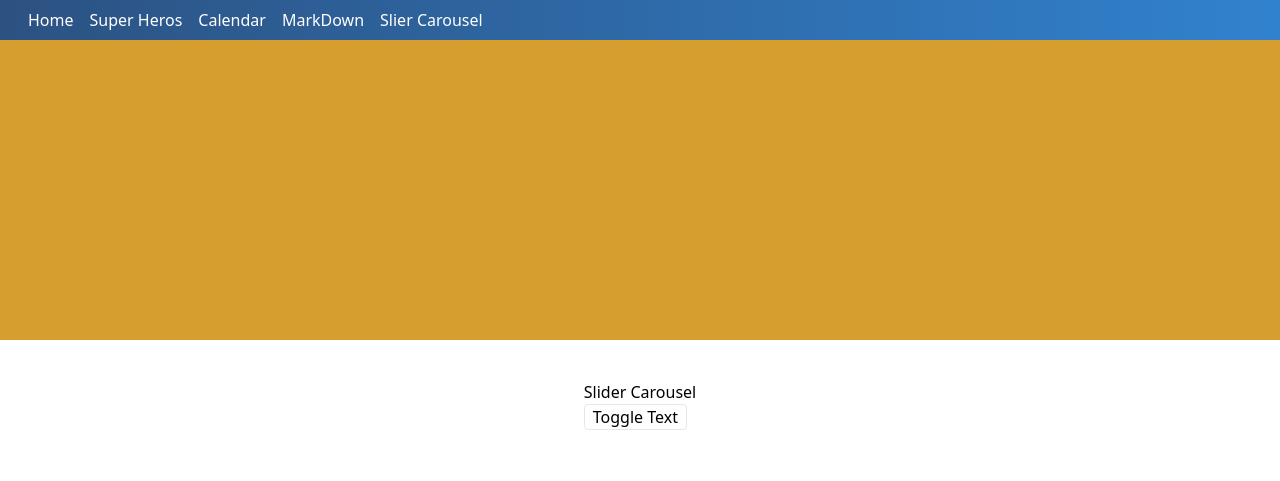
Repository: kshvkndl/VueFullCoursePractice
Page: /slider
The author's editor kept a copy of each file at every save. The page is drawn from the files as they stood at one save, then again after the next save.
The browser window is 1280 px wide. The pictures show the whole page.
The project was rebuilt for these pictures with package versions that can differ from the ones it lists, and the page was loaded fresh each time. Also part of the build but not shown: src/pages/SuperHeros.vue, src/pages/Calender.vue, src/pages/Home.vue, src/utilities/mixins/debounce.js, src/pages/MarkDown.vue.

Above is the page before, as saved 2020-11-22 08:04:52.

### src/main.js
import { createApp } from 'vue'
import App from './App.vue'
import './assets/style.css'
import router from './router'

const app = createApp(App);
app.use(router);
app.mount('#app');

### src/App.vue
<template>
  <AppHeader></AppHeader>
  <div class="w-full flex">
    <router-view></router-view>
  </div>
</template>

<script>
import AppHeader from "@/components/AppHeader";
export default {
  components: { AppHeader },
};
</script>

### src/router.js
import { createRouter, createWebHistory } from 'vue-router';
import SuperHeros from '@/pages/SuperHeros'
import Calender from '@/pages/Calender'
import Home from '@/pages/Home'
import MarkDown from '@/pages/MarkDown'
import Slider from '@/pages/Slider'


const routes = [
    { path: '/', component: Home },
    { path: '/super-heros', component: SuperHeros },
    { path: '/calendar', component: Calender },
    { path: '/markdown', component: MarkDown },
    { path: '/slider', component: Slider },
]

const router = createRouter({
    history: createWebHistory(),
    routes,
});
export default router;

### src/components/AppHeader.vue
<template>
  <nav
    class="w-full bg-gradient-to-r from-blue-800 to-blue-600 text-white px-5 py-2"
  >
    <router-link
      class="mx-2"
      v-for="item in list"
      :key="item.to"
      :to="item.to"
      >{{ item.title }}</router-link
    >
  </nav>
</template>


<script>
export default {
  data() {
    return {
      list: [
        { title: "Home", to: "/" },
        { title: "Super Heros", to: "/super-heros" },
        { title: "Calendar", to: "/calendar" },
        { title: "MarkDown", to: "/markdown" },
        { title: "Slier Carousel", to: "/slider" },
      ],
    };
  },
};
</script>

### src/pages/Slider.vue
<template>
  <div class="flex flex-wrap w-full">
    <div class="w-full" v-for="(color, index) in sliders" :key="color">
      <div
        v-if="currentSlide == index"
        :class="color"
        style="height: 300px"
      ></div>
    </div>
    <div class="my-10 flex w-full">
      <div class="mx-auto">
        <transition name="fade">
          <h1 v-if="isTitleShowing">Slider Carousel</h1>
        </transition>
        <button
          @click="isTitleShowing = !isTitleShowing"
          class="px-2 rounded border"
        >
          Toggle Text
        </button>
      </div>
    </div>
  </div>
</template>

<script>
export default {
  data() {
    return {
      currentSlide: 0,
      sliders: ["bg-teal-600", "bg-blue-600", "bg-yellow-600"],
      interval: "",
      isTitleShowing: true,
    };
  },
  mounted() {
    this.interval = setInterval(() => {
      this.currentSlide = this.currentSlide === 2 ? 0 : this.currentSlide + 1;
    }, 2000);
  },
  beforeUnmount() {
    clearInterval(this.interval);
  },
};
</script>

<style >
.fade-enter-active,
.fade-leave-active {
  transition: opacity 0.5s ease;
}

.fade-enter-from,
.fade-leave-to {
  opacity: 0;
}
</style>

Loaded but not shown: public/index.html (common file); src/assets/style.css (common file); tailwind.config.js (common file)

After the next save:
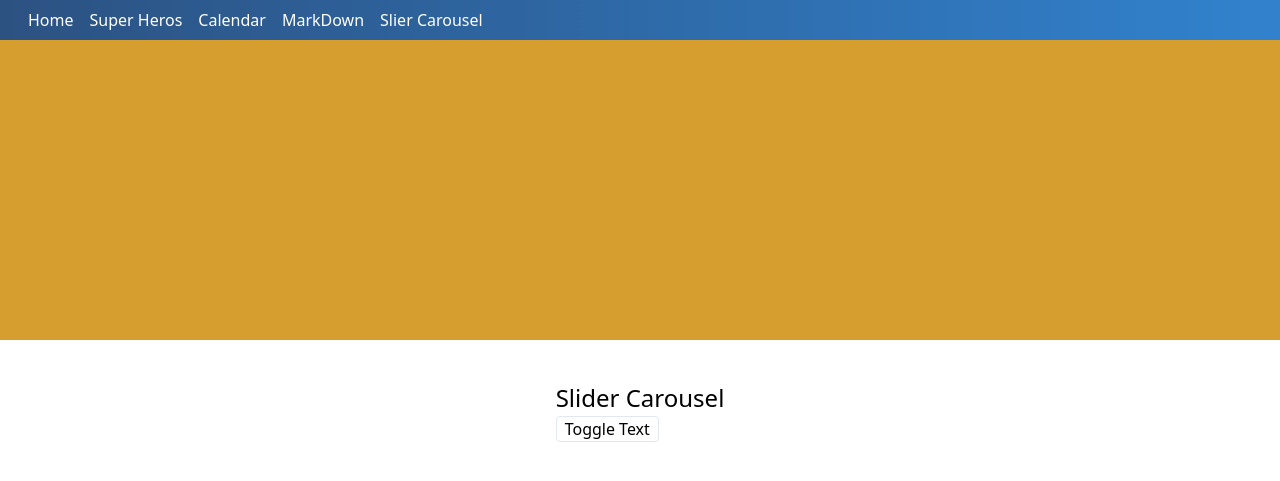
Saved 3 min 31 s later.
--- a/src/pages/Slider.vue
+++ b/src/pages/Slider.vue
@@ -10,7 +10,7 @@
     <div class="my-10 flex w-full">
       <div class="mx-auto">
         <transition name="fade">
-          <h1 v-if="isTitleShowing">Slider Carousel</h1>
+          <h1 v-if="isTitleShowing" class="text-2xl">Slider Carousel</h1>
         </transition>
         <button
           @click="isTitleShowing = !isTitleShowing"
